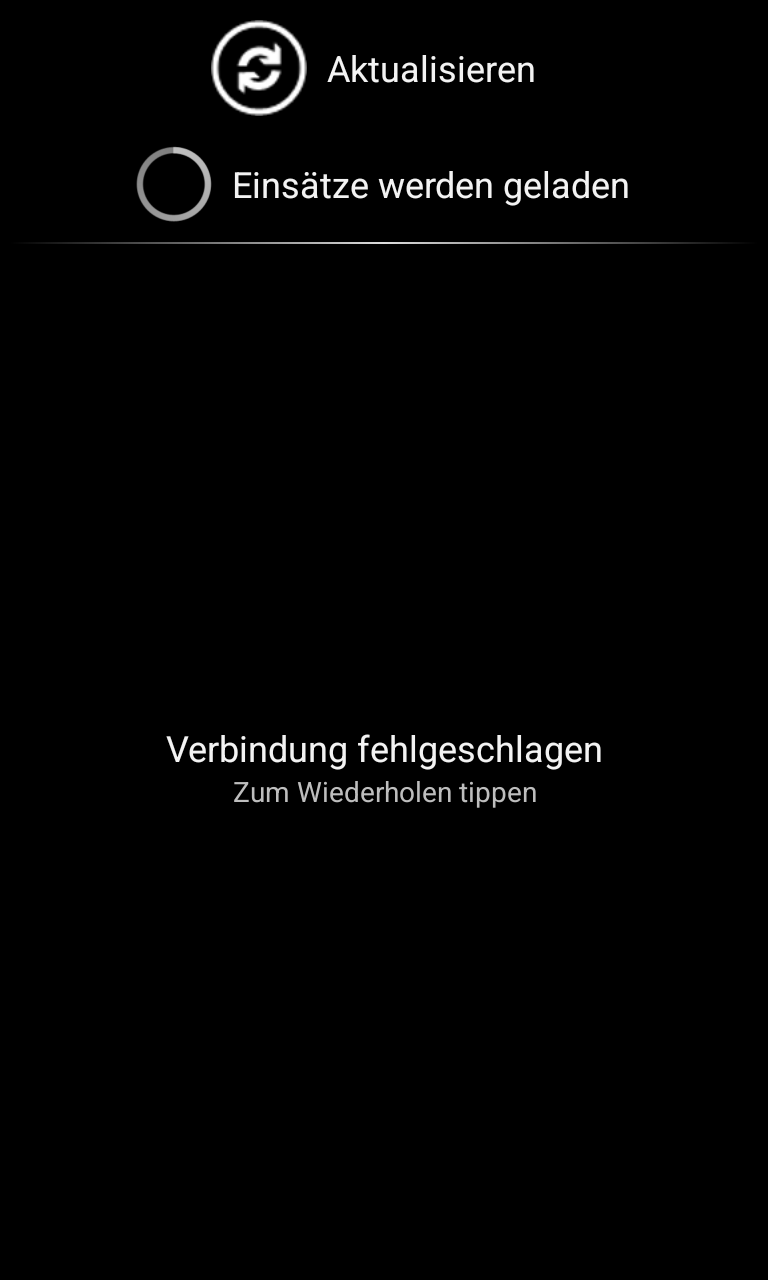
Repository: dwonisch/firefighterapp
Layout: FireFighter/res/layout/main.xml
An editor plug-in stored every save of this project. The layout is shown before and after the next save, followed by the edit.
It is drawn on a 768 x 1280 px phone screen (xhdpi) without system bars, with theme android:Theme.Holo; the app's code is not run. Lists and similar views that code fills are empty.

Above is the layout before, as saved 2012-10-11 18:57:00.

After the next save:
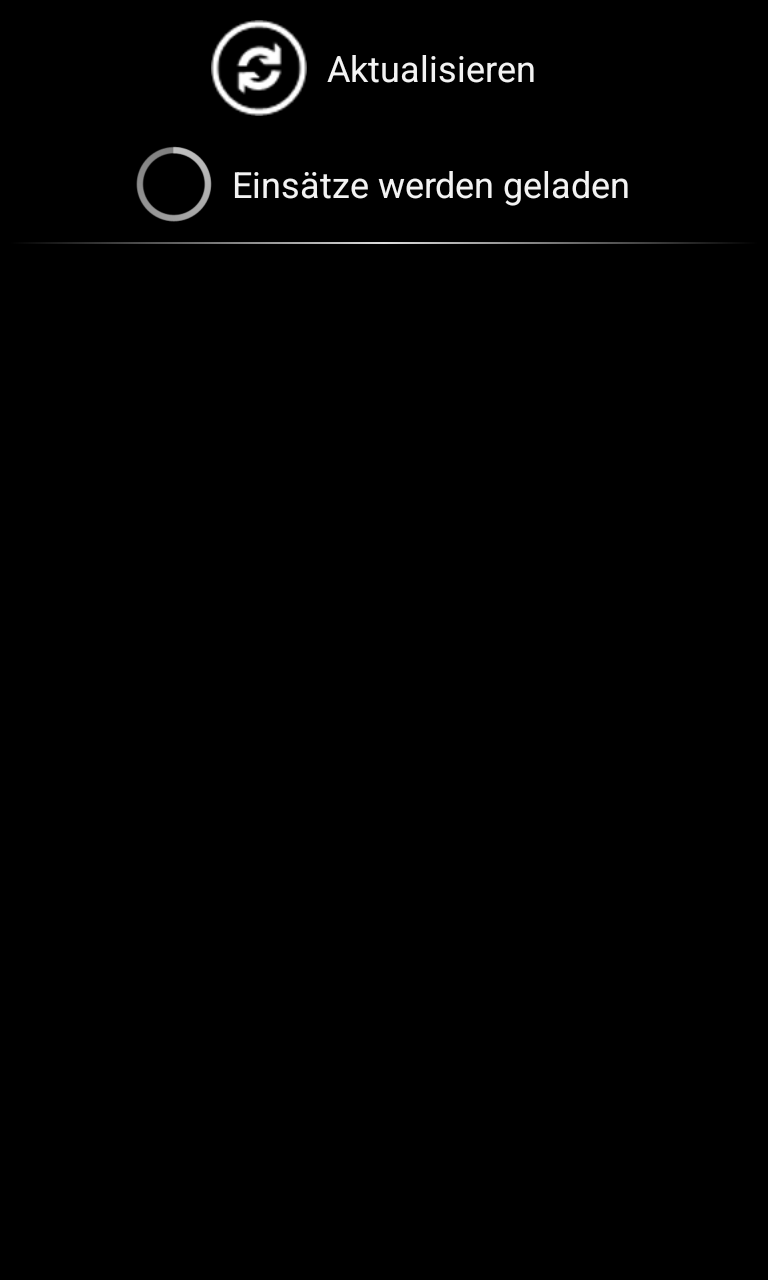
Saved 64 s later.
--- a/FireFighter/res/layout/main.xml
+++ b/FireFighter/res/layout/main.xml
@@ -73,7 +73,8 @@
         android:layout_gravity="center_vertical|center_horizontal"
         android:gravity="center_horizontal|center_vertical"
         android:onClick="onRefresh"
-        android:orientation="vertical" >
+        android:orientation="vertical"
+        android:visibility="gone" >
 
         <TextView
             android:id="@+id/progress_Text"
